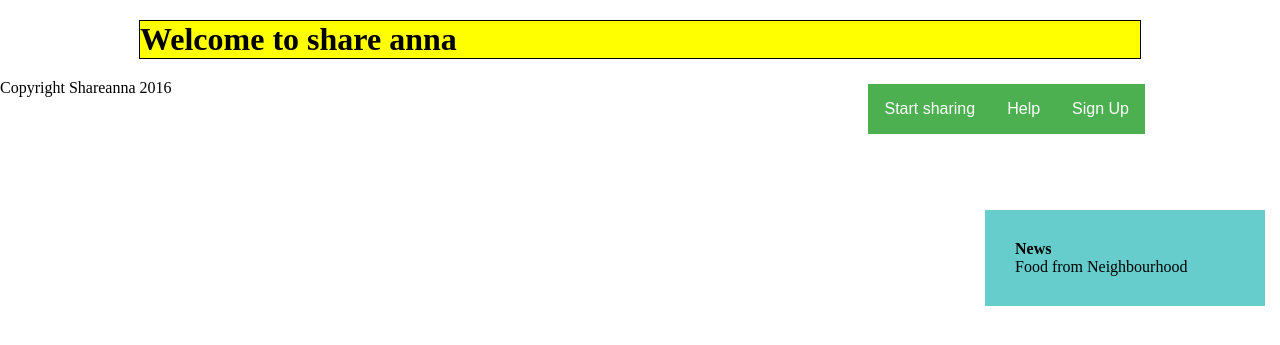
Repository: navigator007/shareanna
Page: practiceSpringMVC_1/src/main/webapp/home.html
The author's editor kept a copy of each file at every save. The page is drawn from the files as they stood at one save, then again after the next save.
The browser window is 1280 px wide. The pictures show the whole page.

Above is the page before, as saved 2016-08-20 23:24:39.

### practiceSpringMVC_1/src/main/webapp/home.html
<!DOCTYPE html>
<html lang="en">
<head>
<meta charset="UTF-8">
<title>take-away, food sharing</title>
<link rel="stylesheet" href="css/home.css">
</head>
<body>
	<div id="main_header">
		<header>
			<h1>Welcome to share anna</h1>
		</header>
	</div>
	<div>
		<ul class="menu_dropdown">
			<li>
				<div class="dropdown">
					<button class="dropbtn">Start sharing</button>
					<div class="dropdown-content">
						<a href="#">Share your dish and earn</a>
					</div>
				</div>
			</li>
			<li>
				<div class="dropdown">
					<button class="dropbtn">Help</button>
					<div class="dropdown-content">
						<a href="#">Getting started guide</a> <a href="#">How to place
							order</a> <a href="#">How price is determined</a> <a href="#">How
							payments are processed</a> <a href="#">How my dish reaches me?</a>
					</div>
				</div>
			</li>
			<li>
				<div class="dropdown">
					<button class="dropbtn">Sign Up</button>
					<div class="dropdown-content">
						<a href="#">Link 1</a> <a href="#">Link 2</a> <a href="#">Link3</a>
					</div>
				</div>
			</li>
		</ul>
	</div>
	<div id="section">
		<section>
			<aside>
				<h4>News</h4>
				Food from Neighbourhood
			</aside>
		</section>
	</div>
	<footer> Copyright Shareanna 2016 </footer>
</body>
</html>

### practiceSpringMVC_1/src/main/webapp/css/home.css
@CHARSET "UTF-8";
*{
	margin:0px;
	padding: 0px;
}
header ,section, footer, aside, nav, article, hgroup{
	display:block;
}
body{
	text-align:left;
}
#main_header{
	border: 1px solid black;
	width: 1000px;
	margin: 20px auto;
	background: yellow;
	text-decoration: blink;
}

#section{
	position: fixed;
	float: left;
	width: 220px;
	margin: 20px 0px;
	padding: 30px;
	background: #66cccc;
	top: 190px;
	right: 15px
}
/* Dropdown button section -- start */
.dropbtn {
    background-color: #4CAF50;
    color: white;
    padding: 16px;
    font-size: 16px;
    border: none;
    cursor: pointer;
}
.dropdown {
    position: relative;
    display: inline-block;
}
.dropdown-content {
    display: none;
    position: absolute;
    background-color: #f9f9f9;
    min-width: 130px;
    box-shadow: 0px 8px 16px 0px rgba(0,0,0,0.2);
}
.dropdown-content a {
    color: black;
    padding: 12px 16px;
    text-decoration: none;
    display: block;
}
.dropdown-content a:hover {background-color: #f1f1f1}

.dropdown:hover .dropdown-content {
    display: block;
}

.dropdown:hover .dropbtn {
    background-color: #3e8e41;
}
.menu_dropdown{
	margin: 0;
    padding: 5px;
    position: fixed;
    float: right;
    list-style-type: none;
    right: 130px;
}

.menu_dropdown li{
	float: left;
}
.menu_dropdown a{
	display: block;
	background-color: #dddddd;
}

After the next save:
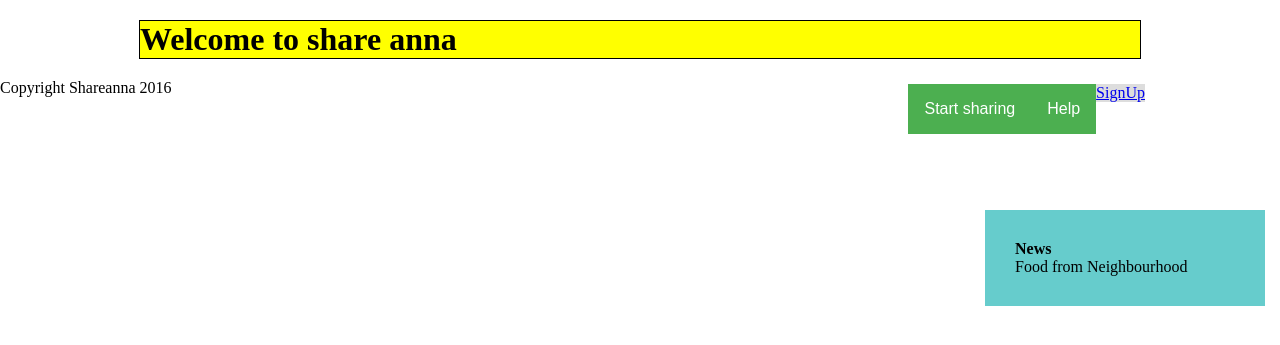
Saved 3 min 32 s later.
--- a/practiceSpringMVC_1/src/main/webapp/home.html
+++ b/practiceSpringMVC_1/src/main/webapp/home.html
@@ -33,10 +33,7 @@
 			</li>
 			<li>
 				<div class="dropdown">
-					<button class="dropbtn">Sign Up</button>
-					<div class="dropdown-content">
-						<a href="#">Link 1</a> <a href="#">Link 2</a> <a href="#">Link3</a>
-					</div>
+					<a href="#">SignUp</a>
 				</div>
 			</li>
 		</ul>
